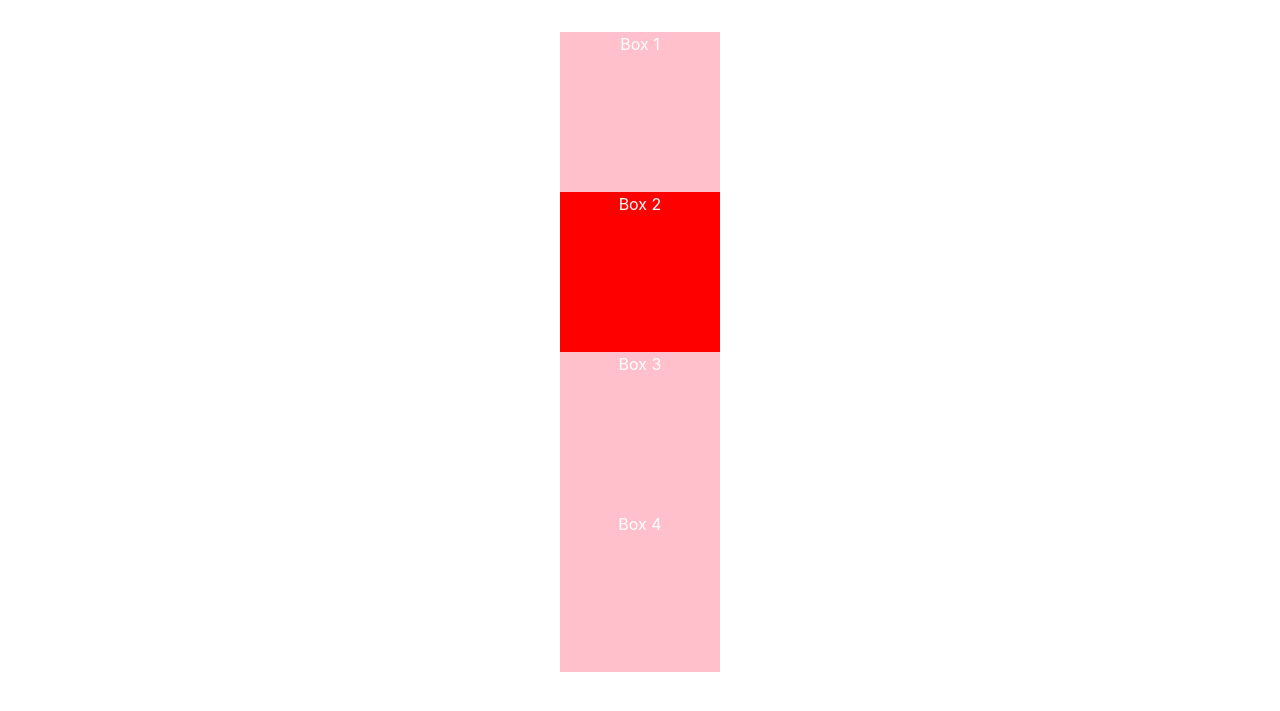
Repository: noutijo/learn-in-depth-chakra-ui
Page: /
These files come from the project's save history. The page is drawn as it stood at one moment and after a run of saves; the edit follows.
The browser window is 1280 px wide. The pictures show the whole page.
The project was rebuilt for these pictures with package versions that can differ from the ones it lists, and the page was loaded fresh each time. Also part of the build but not shown: vite.config.ts.

Above is the page before, as saved 2023-01-30 13:12:50.

After the next 2 saves:
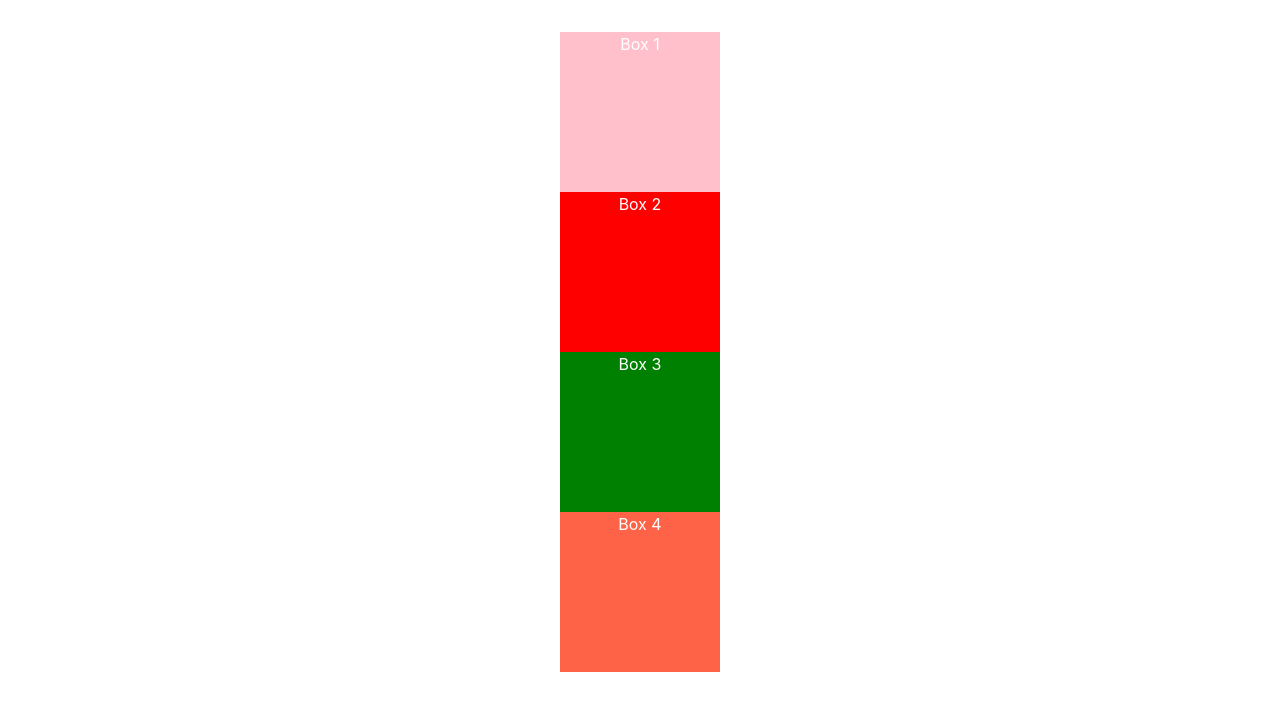
The 2 saves are shown as one change because they came seconds apart.
The last was saved 7 s later.
--- a/src/App.tsx
+++ b/src/App.tsx
@@ -6,8 +6,8 @@ function App() {
     <div className="App">
       <Box bg="pink" w="10rem" h="10rem" color="white"> Box 1</Box>
       <Box bg="red" w="10rem" h="10rem" color="white"> Box 2</Box>
-      <Box bg="pink" w="10rem" h="10rem" color="white"> Box 3</Box>
-      <Box bg="pink" w="10rem" h="10rem" color="white"> Box 4</Box>
+      <Box bg="green" w="10rem" h="10rem" color="white"> Box 3</Box>
+      <Box bg="tomato" w="10rem" h="10rem" color="white"> Box 4</Box>
     </div>
   )
 }
